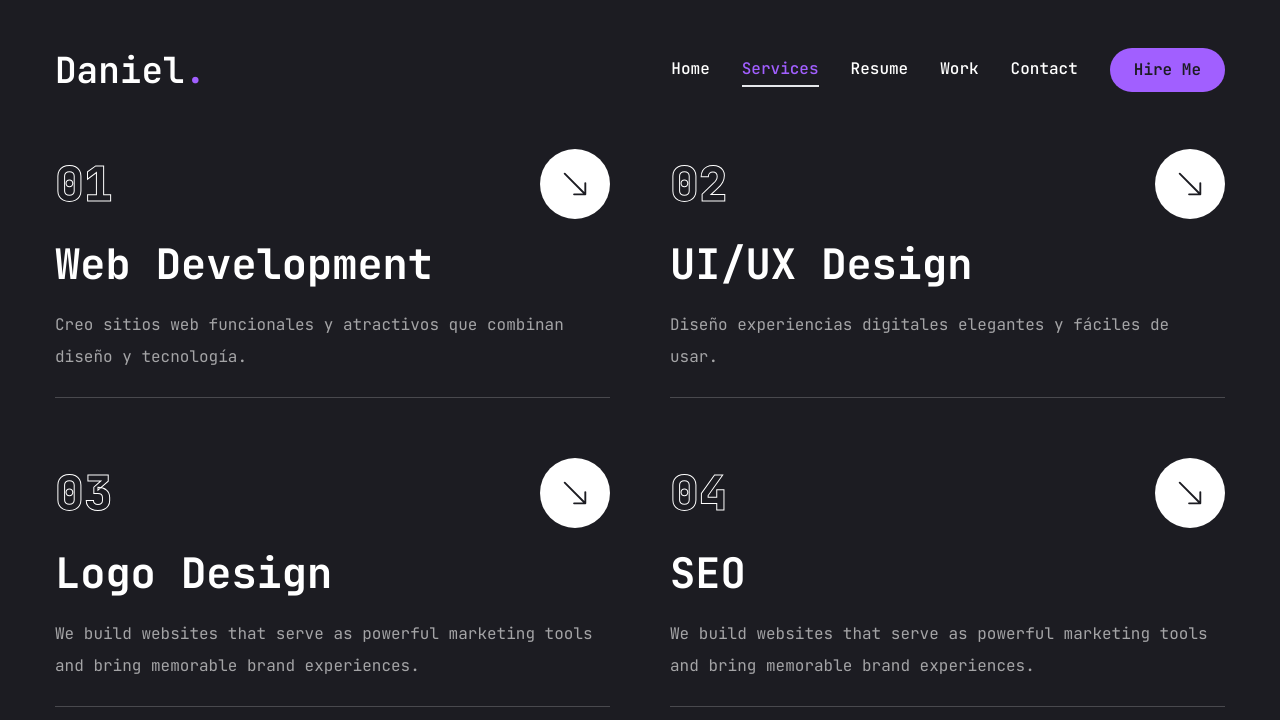
Repository: itsDarkos/Daniel-Portfolio
Page: /services
The author's editor kept a copy of each file at every save. The page is drawn from the files as they stood at one save, then again after a run of saves.
The browser window is 1280 px wide. The pictures show the whole page.
The project was rebuilt for these pictures with package versions that can differ from the ones it lists, and the page was loaded fresh each time. The framework's server and built-in components were replaced by stand-ins that run in the browser. Also part of the build but not shown: next.config.mjs.

Above is the page before, as saved 2025-01-04 19:20:36.

### app/layout.jsx
import { JetBrains_Mono } from "next/font/google";
import "./globals.css";

// components
import Header from "@/components/Header";
import PageTransition from "@/components/PageTransition";
import StairTransition from "@/components/StairTransition";

const jetBrainsMono = JetBrains_Mono({
  variable: "--font-jetBrainsMono",
  weight: ["100", "200", "300", "400", "500", "600", "700", "800"],
  subsets: ["latin"],
});

export const metadata = {
  title: "Create Next App",
  description: "Generated by create next app",
};

export default function RootLayout({ children }) {
  return (
    <html lang="en">
      <body className={jetBrainsMono.variable}>
        <Header />
        <StairTransition />
        <PageTransition>{children}</PageTransition>
      </body>
    </html>
  );
}

### app/services/page.jsx
"use client";

import { BsArrowDownRight } from "react-icons/bs";
import Link from "next/link";

const services = [
  {
    num: "01",
    title: "Web Development",
    description:
      "Creo sitios web funcionales y atractivos que combinan diseño y tecnología.",
    href: "",
  },
  {
    num: "02",
    title: "UI/UX Design",
    description:
      "Diseño experiencias digitales elegantes y fáciles de usar.",
    href: "",
  },
  {
    num: "03",
    title: "Logo Design",
    description:
      "We build websites that serve as powerful marketing tools and bring memorable brand experiences.",
    href: "",
  },
  {
    num: "04",
    title: "SEO",
    description:
      "We build websites that serve as powerful marketing tools and bring memorable brand experiences.",
    href: "",
  },
];

import { motion } from "framer-motion";

const Services = () => {
  return (
    <section className="min-h-[80vh] flex flex-col justify-center py-12 xl:py-0">
      <div className="container mx-auto">
        <motion.div
          initial={{ opacity: 0 }}
          animate={{
            opacity: 1,
            transition: { delay: 2.4, duration: 0.4, ease: "easeIn" },
          }}
          className="grid grid-cols-1 md:grid-cols-2 gap-[60px]"
        >
          {services.map((service, index) => {
            return (
              <div
                key={index}
                className="flex-1 flex flex-col justify-center gap-6 group"
              >
                {/* top */}
                <div className="w-full flex justify-between items-center">
                  <div className="text-5xl font-extrabold text-outline text-transparent group-hover:text-outline-hover transition-all duration-500">
                    {service.num}
                  </div>
                  <Link href={service.href} className="w-[70px] h-[70px] rounded-full bg-white group-hover:bg-accent transition-all duration-500 flex justify-center items-center hover:-rotate-45">
                    <BsArrowDownRight className="text-primary text-3xl" />
                  </Link>
                </div>
                {/* tiltle */}
                <h2 className="text-[42px] font-bold leading-none text-white group-hover:text-accent transition-all duration-500">{service.title}</h2>
                {/* description */}
                <p className="text-white/60">{service.description}</p>
                {/* border */}
                <div className="border-b border-white/20 w-full"></div>
              </div>
            );
          })}
        </motion.div>
      </div>
    </section>
  );
};

export default Services;

### app/globals.css
@tailwind base;
@tailwind components;
@tailwind utilities;

@layer base {
  body {
    @apply font-primary bg-primary text-white leading-loose;
  }

  .h1 {
    @apply text-[48px] xl:text-[80px] leading-[1.1] font-semibold;
  }

  .h2 {
    @apply text-[36px] xl:text-[48px] leading-[1.1] font-semibold;
  }

  .h3 {
    @apply text-[20px] xl:text-[24px] leading-[1.1] font-semibold;
  }
  .text-outline{
    -webkit-text-stroke: 1px #ffffff;
  }

  .text-outline-hover{
    -webkit-text-stroke: 1px #a15fff;
  }
}

### components/Header.jsx
import Link from "next/link";
import { Button } from "./ui/button";

// components
import { Nav } from "./Nav";
import MobileNav from "./MobileNav";

export const Header = () => {
  return (
    <header className="py-8 xl:py-12 text-white">
      <div className="container mx-auto flex justify-between items-center">
        {/* logo */}
        <Link href="/">
          <h1 className="text-4xl font-semibold">
            Daniel<span className="text-accent">.</span>
          </h1>
        </Link>
        {/* desktop nav & hire me button */}
        <div className="hidden xl:flex items-center gap-8">
          <Nav />
          <Link href="/contact">
            <Button>Hire Me</Button>
          </Link>
        </div>
        {/* mobile nav */}
        <div className="xl:hidden">
          <MobileNav />
        </div>
      </div>
    </header>
  );
};

export default Header;

### components/PageTransition.jsx
"use client";

import { AnimatePresence, motion } from "framer-motion"
import { usePathname } from "next/navigation";

const PageTransition = ({children}) => {
  const pathname = usePathname();
  return <AnimatePresence>
    <div key={pathname}>
      <motion.div
        initial ={{opacity: 1}}
        animate={{
          opacity: 0,
          transition:{delay: 1, duration: 0.4, ease: "easeInOut"},
        }}
        className="h-screen w-screen fixed bg-primary top-0 pointer-events-none"
      />
      {children}
    </div>
    </AnimatePresence>
}

export default PageTransition

### components/StairTransition.jsx
"use client";

import { AnimatePresence, motion } from "framer-motion";
import { usePathname } from "next/navigation";

//components
import Stairs from "./Stairs";

const StairTransition = () => {
  const pathname = usePathname();
  return (
    <>
      <AnimatePresence mode="wait">
        <div key={pathname}>
          <div className="h-screen w-screen fixed top-0 left-0 right-0 pointer-events-none z-40 flex">
            <Stairs />
          </div>
          <motion.div
            className="h-screen w-screen fixed bg-primary top-0 pointer-events-none"
            initial={{ opacity: 1 }}
            animate={{
              opacity: 0,
              transition: { delay: 1, duration: 0.4, ease: "easeInOut" },
            }}
          />
        </div>
      </AnimatePresence>
    </>
  );
};

export default StairTransition;

### components/ui/button.jsx
import * as React from "react";
import { Slot } from "@radix-ui/react-slot";
import { cva } from "class-variance-authority";

import { cn } from "@/lib/utils";

const buttonVariants = cva(
  "inline-flex items-center justify-center whitespace-nowrap rounded-full text-base font-semibold ring-offset-white transition-colors",
  {
    variants: {
      variant: {
        default:  "bg-accent text-primary hover:bg-accent-hover",
        primary:  "bg-primary text-white",
        outline:  "border border-accent bg-transparent text-accent hover:bg-accent hover:text-primary",
      },
      size: {
        default: "h-[44px] px-6",
        sm: "h-[48px] px-6",
        lg: "h-[56px] px-8 text-sm uppercase tracking-[2px]",
      },
    },
    defaultVariants: {
      variant: "default",
      size: "default",
    },
  }
);

const Button = React.forwardRef(
  ({ className, variant, size, asChild = false, ...props }, ref) => {
    const Comp = asChild ? Slot : "button";
    return (
      <Comp
        className={cn(buttonVariants({ variant, size, className }))}
        ref={ref}
        {...props}
      />
    );
  }
);
Button.displayName = "Button";

export { Button, buttonVariants };

### components/Nav.jsx
"use client";

import Link from "next/link";
import { usePathname } from "next/navigation";

const links = [
  {
    name: "Home",
    path: "/",
  },
  {
    name: "Services",
    path: "/services",
  },
  {
    name: "Resume",
    path: "/resume",
  },
  {
    name: "Work",
    path: "/work",
  },
  {
    name: "Contact",
    path: "/contact",
  },
];

export const Nav = () => {
  const pathname = usePathname();
  console.log(pathname);
  return (
    <nav className="flex gap-8">
      {links.map((link, index) => {
        return (
          <Link
            href={link.path}
            key={index}
            className={`${
              link.path === pathname && "text-accent border-b-2 border-accent"
            }capitalize font-medium hover:text-accent transition all`}>
            {link.name}
          </Link>
        );
      })}
    </nav>
  );
};

export default Nav;

### components/MobileNav.jsx
"use client";

import { Sheet, SheetContent, SheetTrigger } from "@/components/ui/sheet";
import { usePathname } from "next/navigation";
import Link from "next/link";
import { CiMenuFries } from "react-icons/ci";

const links = [
  {
    name: "home",
    path: "/",
  },
  {
    name: "services",
    path: "/services",
  },
  {
    name: "resume",
    path: "/resume",
  },
  {
    name: "work",
    path: "/work",
  },
  {
    name: "contact",
    path: "/contact",
  },
];

const MobileNav = () => {
  const pathname = usePathname();
  return (
    <Sheet>
      <SheetTrigger className="flex justify-center items-center">
        <CiMenuFries className="text-[32px] text-accent" />
      </SheetTrigger>
      <SheetContent className="flex flex-col">
        {/* logo */}
        <div className="mt-32 mt-40 text-center text-2xl">
          <Link href="/"></Link>
          <h1 className="text-4xl font-semibold">
            Daniel<span className="text-accent">.</span>
          </h1>
        </div>
        {/* nav */}
        <nav className="flex flex-col justifi-center items-center gap-8">
          {links.map((link, index) => {
            return (
              <Link
                href={link.path}
                key={index}
                className={`${
                  link.path === pathname &&
                  "text-accent border-b-2 border-accent"
                } text-xl capitalize hover:text-accent transition`}
              >
                {link.name}
              </Link>
            );
          })}
        </nav>
      </SheetContent>
    </Sheet>
  );
};

export default MobileNav;

### components/Stairs.jsx
import { animate, motion } from "framer-motion";

//variants
const stairAimation = {
  initial: {
    top: "0%",
  },
  animate: {
    top: "100%",
  },
  exit: {
    top: ["100%", "0%"],
  },
};

//calculate the reverse index fot staggred delay
const reverseIndex = (index) => {
  const totalSteps = 6; //number of steps
  return totalSteps - index - 1;
};

const Stairs = () => {
  return (
    <>
      {/* render & motion divs, each representing a step of the stairs.
      Each div will have the same animation defined by the stoirsAnimation object.
      The delay for each div is calculated sinomically based on it's reversed index,
      creating a staggered effect with decreasing delay for each subsequent step.
     */}
      {[...Array(6)].map((_, index) => {
        return (
          <motion.div
            key={index}
            variants={stairAimation}
            initial="initial"
            animate="animate"
            exit="exit"
            transition={{
              duration: 0.4,
              ease: "easeInOut",
              delay: reverseIndex(index) * 0.1,
            }}
            className="h-full w-full bg-white relative"
          />
        );
      })}
    </>
  );
};

export default Stairs;

### components/ui/sheet.jsx
"use client";
import * as React from "react"
import * as SheetPrimitive from "@radix-ui/react-dialog"
import { cva } from "class-variance-authority";
import { cn } from "@/lib/utils"

import {IoMdClose} from "react-icons/io"

const Sheet = SheetPrimitive.Root

const SheetTrigger = SheetPrimitive.Trigger

const SheetClose = SheetPrimitive.Close

const SheetPortal = SheetPrimitive.Portal

const SheetOverlay = React.forwardRef(({ className, ...props }, ref) => (
  <SheetPrimitive.Overlay
    className={cn(
      "fixed inset-0 z-50 bg-black/80  data-[state=open]:animate-in data-[state=closed]:animate-out data-[state=closed]:fade-out-0 data-[state=open]:fade-in-0",
      className
    )}
    {...props}
    ref={ref} />
))
SheetOverlay.displayName = SheetPrimitive.Overlay.displayName

const sheetVariants = cva(
  "fixed z-50 gap-4 bg-primary p-6 shadow-lg transition ease-in-out data-[state=open]:animate-in data-[state=closed]:animate-out data-[state=closed]:duration-300 data-[state=open]:duration-500 dark:bg-neutral-950",
  {
    variants: {
      side: {
        top: "inset-x-0 top-0 border-b data-[state=closed]:slide-out-to-top data-[state=open]:slide-in-from-top",
        bottom:
          "inset-x-0 bottom-0 border-t data-[state=closed]:slide-out-to-bottom data-[state=open]:slide-in-from-bottom",
        left: "inset-y-0 left-0 h-full w-3/4 border-r data-[state=closed]:slide-out-to-left data-[state=open]:slide-in-from-left sm:max-w-sm",
        right:
          "inset-y-0 right-0 h-full w-3/4 data-[state=closed]:slide-out-to-right data-[state=open]:slide-in-from-right sm:max-w-sm",
      },
    },
    defaultVariants: {
      side: "right",
    },
  }
)

const SheetContent = React.forwardRef(({ side = "right", className, children, ...props }, ref) => (
  <SheetPortal>
    <SheetOverlay />
    <SheetPrimitive.Content ref={ref} className={cn(sheetVariants({ side }), className)} {...props}>
      {children}
      <SheetPrimitive.Close
        className="absolute right-8 top-8 transition opacity ouline-none">
        <IoMdClose className="text-3xl text-accent" />
        <span className="sr-only">Close</span>
      </SheetPrimitive.Close>
    </SheetPrimitive.Content>
  </SheetPortal>
))
SheetContent.displayName = SheetPrimitive.Content.displayName

const SheetHeader = ({
  className,
  ...props
}) => (
  <div
    className={cn("flex flex-col space-y-2 text-center sm:text-left", className)}
    {...props} />
)
SheetHeader.displayName = "SheetHeader"

const SheetFooter = ({
  className,
  ...props
}) => (
  <div
    className={cn("flex flex-col-reverse sm:flex-row sm:justify-end sm:space-x-2", className)}
    {...props} />
)
SheetFooter.displayName = "SheetFooter"

const SheetTitle = React.forwardRef(({ className, ...props }, ref) => (
  <SheetPrimitive.Title
    ref={ref}
    className={cn("text-lg font-semibold text-neutral-950 dark:text-neutral-50", className)}
    {...props} />
))
SheetTitle.displayName = SheetPrimitive.Title.displayName

const SheetDescription = React.forwardRef(({ className, ...props }, ref) => (
  <SheetPrimitive.Description
    ref={ref}
    className={cn("text-sm text-neutral-500 dark:text-neutral-400", className)}
    {...props} />
))
SheetDescription.displayName = SheetPrimitive.Description.displayName

export {
  Sheet,
  SheetPortal,
  SheetOverlay,
  SheetTrigger,
  SheetClose,
  SheetContent,
  SheetHeader,
  SheetFooter,
  SheetTitle,
  SheetDescription,
}

### tailwind.config.mjs
/** @type {import('tailwindcss').Config} */
// eslint-disable-next-line import/no-anonymous-default-export
export default {
  darkMode: ["class"],
  content: [
    "./pages/**/*.{js,ts,jsx,tsx,mdx}",
    "./components/**/*.{js,ts,jsx,tsx,mdx}",
    "./app/**/*.{js,ts,jsx,tsx,mdx}",
  ],
  theme: {
    container: {
      center: true,
      padding: "15px",
    },
    screens: {
      sm: "640px",
      md: "768px",
      lg: "960px",
      xl: "1200px",
    },
    fontFamily: {
      primary: "var(--font-jetBrainsMono)",
    },
    extend: {
      colors: {
        primary: "#1c1c22",
        accent: {
          DEFAULT: "#a15fff",
          hover: "#8e4cff",
        },
      },
      borderRadius: {
        lg: "var(--radius)",
        md: "calc(var(--radius) - 2px)",
        sm: "calc(var(--radius) - 4px)",
      },
    },
  },
  plugins: [require("tailwindcss-animate")],
};

Loaded but not shown: lib/utils.js (common file)

After the next 2 saves:
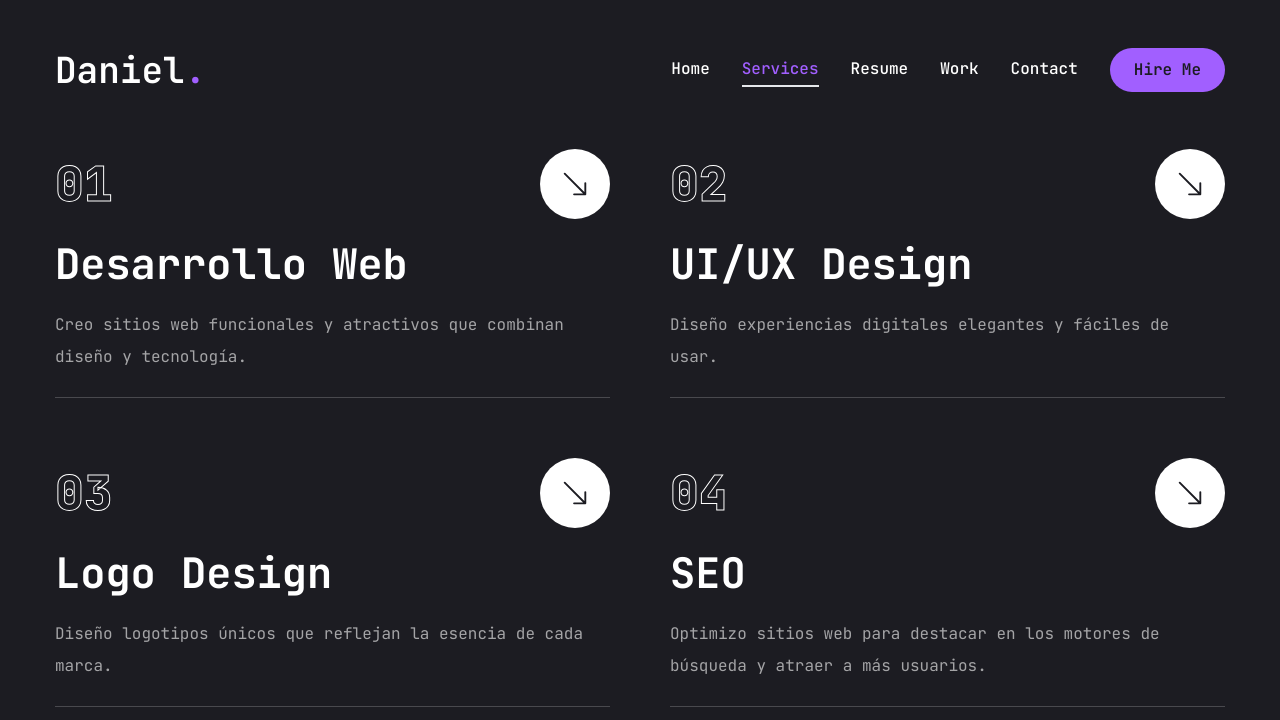
The 2 saves are shown as one change because they came seconds apart.
The last was saved 24 s later.
--- a/app/services/page.jsx
+++ b/app/services/page.jsx
@@ -6,7 +6,7 @@ import Link from "next/link";
 const services = [
   {
     num: "01",
-    title: "Web Development",
+    title: "Desarrollo Web",
     description:
       "Creo sitios web funcionales y atractivos que combinan diseño y tecnología.",
     href: "",
@@ -22,14 +22,14 @@ const services = [
     num: "03",
     title: "Logo Design",
     description:
-      "We build websites that serve as powerful marketing tools and bring memorable brand experiences.",
+      "Diseño logotipos únicos que reflejan la esencia de cada marca.",
     href: "",
   },
   {
     num: "04",
     title: "SEO",
     description:
-      "We build websites that serve as powerful marketing tools and bring memorable brand experiences.",
+      "Optimizo sitios web para destacar en los motores de búsqueda y atraer a más usuarios.",
     href: "",
   },
 ];
